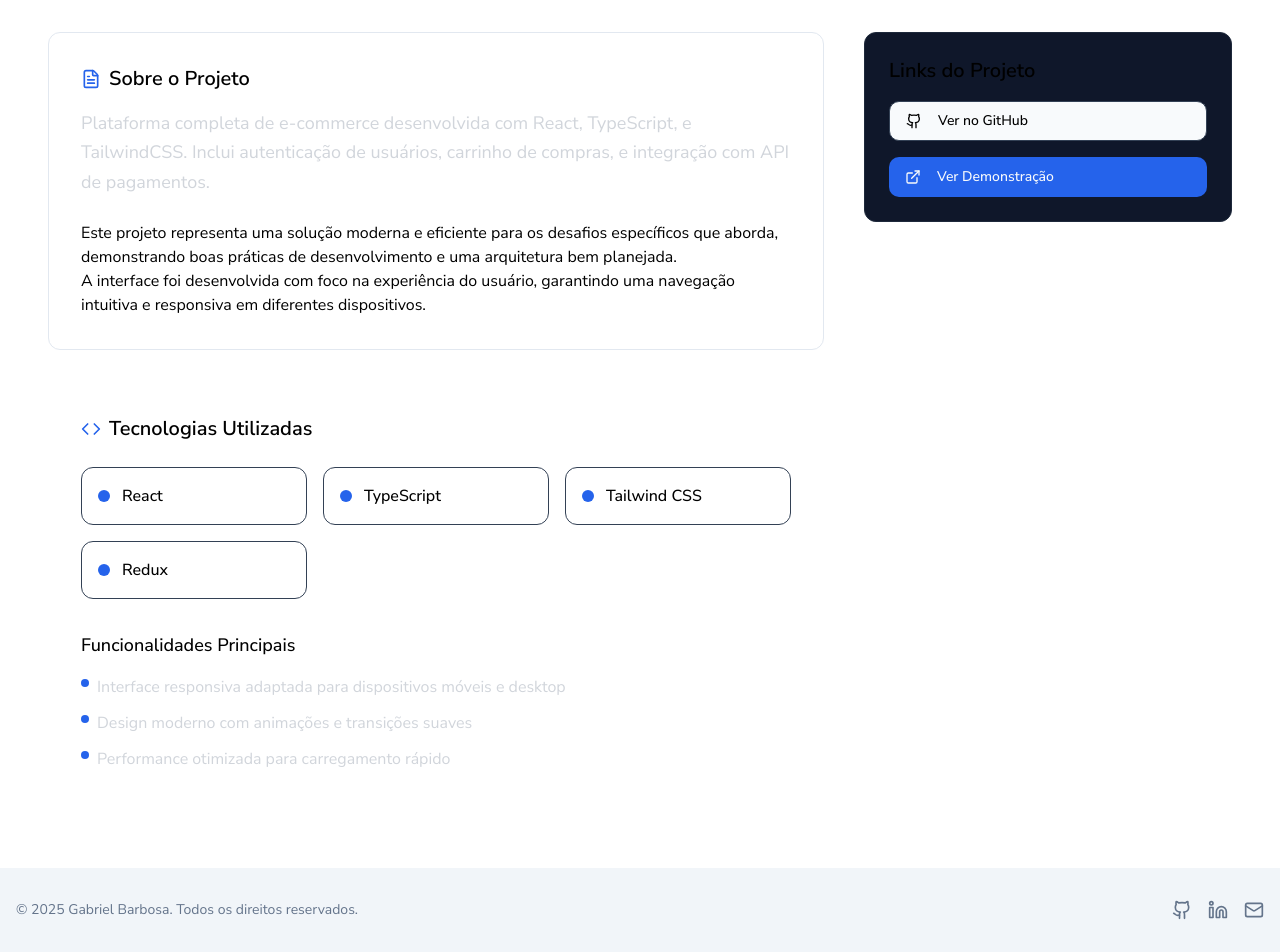
Repository: Biel-barbosa/portfolio-gabriel
Page: /projetos/1
These files come from the project's save history. The page is drawn as it stood at one moment and after the next save; the edit follows.
The browser window is 1280 px wide. The pictures show the part of the page from y = 688 to 1640 px (the page is 1640 px tall).
The page's requests for data from a server got no answer. The project was rebuilt for these pictures with package versions that can differ from the ones it lists, and the page was loaded fresh each time. No one was signed in, and anything a server would have sent is missing. Also part of the build but not shown: vite.config.ts, src/components/ui/tooltip.tsx, src/components/ui/card.tsx, src/components/ui/badge.tsx, src/components/ProjectCard.tsx, src/pages/Index.tsx, src/pages/Projects.tsx, src/pages/Contact.tsx and 1 more.

Above is the page before, as saved 2025-05-20 16:59:16.

### index.html

<!DOCTYPE html>
<html lang="pt-BR">
  <head>
    <meta charset="UTF-8" />
    <meta name="viewport" content="width=device-width, initial-scale=1.0" />
    <title>Gabriel Barbosa | Desenvolvedor Front-end</title>
    <meta name="description" content="Portfólio de Gabriel Barbosa - Desenvolvedor Front-end Júnior" />
    <meta name="author" content="Gabriel Barbosa" />

    <meta property="og:title" content="Gabriel Barbosa | Desenvolvedor Front-end" />
    <meta property="og:description" content="Portfólio de Gabriel Barbosa - Desenvolvedor Front-end Júnior" />
    <meta property="og:type" content="website" />
    <link rel="icon" type="image/svg+xml" href="/favicon.svg" />
  </head>

  <body>
    <div id="root"></div>
    <!-- IMPORTANT: DO NOT REMOVE THIS SCRIPT TAG OR THIS VERY COMMENT! -->
    <script src="https://cdn.gpteng.co/gptengineer.js" type="module"></script>
    <script type="module" src="/src/main.tsx"></script>
  </body>
</html>

### src/App.tsx

import { Toaster } from "@/components/ui/toaster";
import { Toaster as Sonner } from "@/components/ui/sonner";
import { TooltipProvider } from "@/components/ui/tooltip";
import { QueryClient, QueryClientProvider } from "@tanstack/react-query";
import { BrowserRouter, Routes, Route } from "react-router-dom";
import Index from "./pages/Index";
import Projects from "./pages/Projects";
import ProjectDetail from "./pages/ProjectDetail";
import Contact from "./pages/Contact";
import NotFound from "./pages/NotFound";

const queryClient = new QueryClient();

const App = () => (
  <QueryClientProvider client={queryClient}>
    <TooltipProvider>
      <Toaster />
      <Sonner />
      <BrowserRouter>
        <Routes>
          <Route path="/" element={<Index />} />
          <Route path="/projetos" element={<Projects />} />
          <Route path="/projetos/:id" element={<ProjectDetail />} />
          <Route path="/contato" element={<Contact />} />
          <Route path="*" element={<NotFound />} />
        </Routes>
      </BrowserRouter>
    </TooltipProvider>
  </QueryClientProvider>
);

export default App;

### src/index.css

@import url('https://fonts.googleapis.com/css2?family=Nunito+Sans:opsz,wght@6..12,300;6..12,400;6..12,500;6..12,600;6..12,700&display=swap');

@tailwind base;
@tailwind components;
@tailwind utilities;

@layer base {
  :root {
    --background: 210 40% 98%;
    --foreground: 222.2 84% 4.9%;

    --card: 0 0% 100%;
    --card-foreground: 222.2 84% 4.9%;

    --popover: 0 0% 100%;
    --popover-foreground: 222.2 84% 4.9%;

    --primary: 221.2 83% 53.3%;
    --primary-foreground: 210 40% 98%;

    --secondary: 210 40% 96.1%;
    --secondary-foreground: 222.2 47.4% 11.2%;

    --muted: 210 40% 96.1%;
    --muted-foreground: 215.4 16.3% 46.9%;

    --accent: 221.2 83% 53.3%;
    --accent-foreground: 222.2 47.4% 11.2%;

    --destructive: 0 84.2% 60.2%;
    --destructive-foreground: 210 40% 98%;

    --border: 214.3 31.8% 91.4%;
    --input: 214.3 31.8% 91.4%;
    --ring: 221.2 83% 53.3%;

    --radius: 0.75rem;
  }

  * {
    @apply border-border;
  }

  body {
    @apply bg-background text-foreground;
    font-feature-settings: "rlig" 1, "calt" 1;
    font-family: 'Nunito Sans', sans-serif;
  }

  .tech-tag {
    @apply bg-secondary text-secondary-foreground rounded-full px-3 py-1 text-sm font-medium transition-colors;
  }

  .card-hover {
    @apply transition-all hover:shadow-lg hover:-translate-y-1;
  }

  .button-primary {
    @apply bg-primary text-primary-foreground hover:bg-primary/90 rounded-full px-6 py-2 font-medium transition-colors;
  }

  .button-secondary {
    @apply bg-secondary text-secondary-foreground hover:bg-secondary/80 rounded-full px-6 py-2 font-medium transition-colors border border-secondary;
  }
}

### src/components/ui/toaster.tsx

"use client"

import {
  Toast,
  ToastClose,
  ToastDescription,
  ToastProvider,
  ToastTitle,
  ToastViewport,
} from "@/components/ui/toast"
import { useToast } from "@/components/ui/use-toast"

export function Toaster() {
  const { toasts } = useToast()

  return (
    <ToastProvider>
      {toasts.map(function ({ id, title, description, action, ...props }) {
        return (
          <Toast key={id} {...props}>
            <div className="grid gap-1">
              {title && <ToastTitle>{title}</ToastTitle>}
              {description && (
                <ToastDescription>{description}</ToastDescription>
              )}
            </div>
            {action}
            <ToastClose />
          </Toast>
        )
      })}
      <ToastViewport />
    </ToastProvider>
  )
}

### src/components/ui/sonner.tsx
import { useTheme } from "next-themes"
import { Toaster as Sonner, toast } from "sonner"

type ToasterProps = React.ComponentProps<typeof Sonner>

const Toaster = ({ ...props }: ToasterProps) => {
  const { theme = "system" } = useTheme()

  return (
    <Sonner
      theme={theme as ToasterProps["theme"]}
      className="toaster group"
      toastOptions={{
        classNames: {
          toast:
            "group toast group-[.toaster]:bg-background group-[.toaster]:text-foreground group-[.toaster]:border-border group-[.toaster]:shadow-lg",
          description: "group-[.toast]:text-muted-foreground",
          actionButton:
            "group-[.toast]:bg-primary group-[.toast]:text-primary-foreground",
          cancelButton:
            "group-[.toast]:bg-muted group-[.toast]:text-muted-foreground",
        },
      }}
      {...props}
    />
  )
}

export { Toaster, toast }

### src/pages/ProjectDetail.tsx

import React, { useEffect, useState } from 'react';
import { useParams, Link } from 'react-router-dom';
import { ArrowLeft, Calendar, Github, Globe, Code, FileText, ExternalLink, Image, Folder } from 'lucide-react';
import { getProjectById } from '../services/projectService';
import { Project } from '../types';
import { Button } from '@/components/ui/button';
import Header from '../components/Header';
import Footer from '../components/Footer';

const ProjectDetail = () => {
  const { id } = useParams<{ id: string }>();
  const [project, setProject] = useState<Project | null>(null);
  const [isLoading, setIsLoading] = useState(true);
  const [error, setError] = useState<string | null>(null);

  useEffect(() => {
    const loadProject = async () => {
      if (!id) return;

      try {
        setIsLoading(true);
        const data = await getProjectById(id);

        if (!data) {
          setError('Projeto não encontrado.');
          return;
        }

        setProject(data);
      } catch (err) {
        setError('Falha ao carregar detalhes do projeto.');
        console.error('Erro ao carregar detalhes do projeto:', err);
      } finally {
        setIsLoading(false);
      }
    };

    loadProject();
  }, [id]);

  const formatDate = (dateString?: string) => {
    if (!dateString) return 'Data não disponível';

    return new Date(dateString).toLocaleDateString('pt-BR', {
      year: 'numeric',
      month: 'long',
      day: 'numeric'
    });
  };

  return (
    <div className="min-h-screen flex flex-col bg-white text-black">
      <Header />

      <main className="flex-grow pt-24 pb-16 px-4">
        <div className="container mx-auto">
          <Link
            to="/projetos"
            className="inline-flex items-center text-sm text-black hover:text-primary transition-colors mb-8"
          >
            <ArrowLeft className="mr-2 h-4 w-4" />
            Voltar para Projetos
          </Link>

          {isLoading && (
            <div className="flex justify-center items-center py-20">
              <div className="animate-spin rounded-full h-12 w-12 border-b-2 border-primary"></div>
            </div>
          )}

          {error && (
            <div className="text-center py-20">
              <p className="text-destructive">{error}</p>
              <Link
                to="/projetos"
                className="mt-4 inline-block text-primary hover:underline"
              >
                Voltar para lista de projetos
              </Link>
            </div>
          )}

          {!isLoading && project && (
            <div className="animate-fade-in">
              <div className="mb-8">
                <div className="flex items-center gap-2 text-xs text-gray-400 mb-2">
                  <Folder className="h-4 w-4" />
                  <span>Projetos</span>
                  <span>/</span>
                  <span className="text-primary">{project.name}</span>
                </div>

                <h1 className="text-3xl md:text-4xl font-bold mb-4">{project.name}</h1>

                <div className="flex flex-wrap items-center gap-4 text-sm text-gray-400 mb-6">
                  {project.deployedAt && (
                    <div className="flex items-center">
                      <Calendar className="mr-1 h-4 w-4" />
                      <span>Atualizado em {formatDate(project.deployedAt)}</span>
                    </div>
                  )}

                  <div className="flex items-center gap-3">
                    {project.githubUrl && (
                      <div className="flex items-center">
                        <Github className="mr-1 h-4 w-4" />
                        <span>GitHub</span>
                      </div>
                    )}

                    {project.deployUrl && (
                      <div className="flex items-center">
                        <Globe className="mr-1 h-4 w-4 text-blue-400" />
                        <span>Vercel</span>
                      </div>
                    )}
                  </div>
                </div>
              </div>

              <div className="rounded-lg overflow-hidden mb-10 h-[400px] bg-slate-800 border border-slate-700">
                {project.imageUrl ? (
                  <img
                    src={project.imageUrl}
                    alt={project.name}
                    className="w-full h-full object-cover"
                  />
                ) : (
                  <div className="flex items-center justify-center h-full text-slate-500">
                    <Image className="h-16 w-16" />
                  </div>
                )}
              </div>

              <div className="grid md:grid-cols-3 gap-10">
                <div className="md:col-span-2">
                  <div className="bg-white border border-white-800 rounded-lg p-8 mb-8">
                    <h2 className="text-xl font-semibold mb-4 flex items-center">
                      <FileText className="mr-2 h-5 w-5 text-primary" />
                      Sobre o Projeto
                    </h2>
                    <p className="text-lg text-gray-300 leading-relaxed mb-6">
                      {project.description}
                    </p>

                    <div className="prose prose-invert max-w-none">
                      <p>Este projeto representa uma solução moderna e eficiente para os desafios específicos que aborda, demonstrando boas práticas de desenvolvimento e uma arquitetura bem planejada.</p>

                      <p>A interface foi desenvolvida com foco na experiência do usuário, garantindo uma navegação intuitiva e responsiva em diferentes dispositivos.</p>
                    </div>
                  </div>

                  <div className="bg-white border border-white rounded-lg p-8">
                    <h2 className="text-xl font-semibold mb-6 flex items-center">
                      <Code className="mr-2 h-5 w-5 text-primary" />
                      Tecnologias Utilizadas
                    </h2>

                    <div className="grid grid-cols-2 md:grid-cols-3 gap-4 mb-8">
                      {project.technologies && project.technologies.map((tech, index) => (
                        <div key={index} className="bg-white border border-slate-700 rounded-lg p-4 flex items-center gap-3">
                          <span className="h-3 w-3 rounded-full bg-primary"></span>
                          <span className="font-medium">{tech}</span>
                        </div>
                      ))}
                    </div>

                    <div className="mt-8">
                      <h3 className="text-lg font-medium mb-4">Funcionalidades Principais</h3>
                      <ul className="space-y-3 text-gray-300">
                        <li className="flex items-start gap-2">
                          <span className="mt-1 h-2 w-2 rounded-full bg-primary shrink-0"></span>
                          <span>Interface responsiva adaptada para dispositivos móveis e desktop</span>
                        </li>
                        <li className="flex items-start gap-2">
                          <span className="mt-1 h-2 w-2 rounded-full bg-primary shrink-0"></span>
                          <span>Design moderno com animações e transições suaves</span>
                        </li>
                        <li className="flex items-start gap-2">
                          <span className="mt-1 h-2 w-2 rounded-full bg-primary shrink-0"></span>
                          <span>Performance otimizada para carregamento rápido</span>
                        </li>
                        {project.name.toLowerCase().includes('dashboard') && (
                          <>
                            <li className="flex items-start gap-2">
                              <span className="mt-1 h-2 w-2 rounded-full bg-primary shrink-0"></span>
                              <span>Painéis interativos com visualizações de dados em tempo real</span>
                            </li>
                            <li className="flex items-start gap-2">
                              <span className="mt-1 h-2 w-2 rounded-full bg-primary shrink-0"></span>
                              <span>Sistema de autenticação e controle de acesso</span>
                            </li>
                          </>
                        )}
                        {project.name.toLowerCase().includes('ecommerce') && (
                          <>
                            <li className="flex items-start gap-2">
                              <span className="mt-1 h-2 w-2 rounded-full bg-primary shrink-0"></span>
                              <span>Catálogo de produtos com filtragem avançada</span>
                            </li>
                            <li className="flex items-start gap-2">
                              <span className="mt-1 h-2 w-2 rounded-full bg-primary shrink-0"></span>
                              <span>Sistema de carrinho e checkout seguro</span>
                            </li>
                          </>
                        )}
                      </ul>
                    </div>
                  </div>
                </div>

                <div>
                  <div className="bg-slate-900 border border-slate-800 rounded-lg p-6">
                    <h2 className="text-xl font-semibold mb-4">Links do Projeto</h2>

                    <div className="flex flex-col space-y-4">
                      {project.githubUrl && (
                        <Button variant="outline" className="w-full justify-start border-slate-700 hover:bg-slate-800" asChild>
                          <a
                            href={project.githubUrl}
                            target="_blank"
                            rel="noopener noreferrer"
                          >
                            <Github className="mr-2 h-5 w-5" />
                            Ver no GitHub
                          </a>
                        </Button>
                      )}

                      {project.deployUrl && (
                        <Button variant="default" className="w-full justify-start bg-primary hover:bg-primary/80" asChild>
                          <a
                            href={project.deployUrl}
                            target="_blank"
                            rel="noopener noreferrer"
                          >
                            <ExternalLink className="mr-2 h-5 w-5" />
                            Ver Demonstração
                          </a>
                        </Button>
                      )}
                    </div>
                  </div>
                </div>
              </div>
            </div>
          )}
        </div>
      </main>

      <Footer />
    </div>
  );
};

export default ProjectDetail;

### src/components/ui/button.tsx
import * as React from "react"
import { Slot } from "@radix-ui/react-slot"
import { cva, type VariantProps } from "class-variance-authority"

import { cn } from "@/lib/utils"

const buttonVariants = cva(
  "inline-flex items-center justify-center gap-2 whitespace-nowrap rounded-md text-sm font-medium ring-offset-background transition-colors focus-visible:outline-none focus-visible:ring-2 focus-visible:ring-ring focus-visible:ring-offset-2 disabled:pointer-events-none disabled:opacity-50 [&_svg]:pointer-events-none [&_svg]:size-4 [&_svg]:shrink-0",
  {
    variants: {
      variant: {
        default: "bg-primary text-primary-foreground hover:bg-primary/90",
        destructive:
          "bg-destructive text-destructive-foreground hover:bg-destructive/90",
        outline:
          "border border-input bg-background hover:bg-accent hover:text-accent-foreground",
        secondary:
          "bg-secondary text-secondary-foreground hover:bg-secondary/80",
        ghost: "hover:bg-accent hover:text-accent-foreground",
        link: "text-primary underline-offset-4 hover:underline",
      },
      size: {
        default: "h-10 px-4 py-2",
        sm: "h-9 rounded-md px-3",
        lg: "h-11 rounded-md px-8",
        icon: "h-10 w-10",
      },
    },
    defaultVariants: {
      variant: "default",
      size: "default",
    },
  }
)

export interface ButtonProps
  extends React.ButtonHTMLAttributes<HTMLButtonElement>,
    VariantProps<typeof buttonVariants> {
  asChild?: boolean
}

const Button = React.forwardRef<HTMLButtonElement, ButtonProps>(
  ({ className, variant, size, asChild = false, ...props }, ref) => {
    const Comp = asChild ? Slot : "button"
    return (
      <Comp
        className={cn(buttonVariants({ variant, size, className }))}
        ref={ref}
        {...props}
      />
    )
  }
)
Button.displayName = "Button"

export { Button, buttonVariants }

### src/components/Footer.tsx

import React from 'react';
import { Github, Linkedin, Mail } from 'lucide-react';

const Footer = () => {
  return (
    <footer className="bg-secondary py-8">
      <div className="container mx-auto px-4">
        <div className="flex flex-col md:flex-row justify-between items-center">
          <div className="mb-4 md:mb-0">
            <p className="text-sm text-muted-foreground">
              © {new Date().getFullYear()} Gabriel Barbosa. Todos os direitos reservados.
            </p>
          </div>

          <div className="flex space-x-4">
            <a
              href="https://github.com/Biel-barbosa"
              target="_blank"
              rel="noopener noreferrer"
              className="text-muted-foreground hover:text-primary transition-colors"
              aria-label="GitHub"
            >
              <Github className="h-5 w-5" />
            </a>
            <a
              href="https://www.linkedin.com/in/gabriel-a-barbosa/"
              target="_blank"
              rel="noopener noreferrer"
              className="text-muted-foreground hover:text-primary transition-colors"
              aria-label="LinkedIn"
            >
              <Linkedin className="h-5 w-5" />
            </a>
            <a
              href="mailto:gabriellbarbosaads@gmail.com"
              className="text-muted-foreground hover:text-primary transition-colors"
              aria-label="Email"
            >
              <Mail className="h-5 w-5" />
            </a>
          </div>
        </div>
      </div>
    </footer>
  );
};

export default Footer;

### src/api/vercel-projects.ts

// Handler para buscar projetos da Vercel

export async function fetchVercelProjects() {
  try {
    const VERCEL_TOKEN = 'jzprp7RQAOHCJR7IR6Gez3uf'; // Normalmente seria process.env.VERCEL_TOKEN

    const response = await fetch('https://api.vercel.com/v6/projects', {
      headers: {
        'Authorization': `Bearer ${VERCEL_TOKEN}`,
        'Content-Type': 'application/json',
      }
    });

    if (!response.ok) {
      throw new Error(`Erro ao buscar projetos da Vercel: ${response.status}`);
    }

    const data = await response.json();
    return data.projects || [];
  } catch (error) {
    console.error('Erro na API:', error);
    throw new Error('Failed to fetch Vercel projects');
  }
}

Loaded but not shown: src/main.tsx (common file); src/lib/utils.ts (common file); src/services/projectService.ts (174 lines, source omitted); src/components/ui/toast.tsx (128 lines, source omitted); src/components/ui/use-toast.ts (191 lines, source omitted); tailwind.config.ts (106 lines, source omitted); src/components/Header.tsx (77 lines, source omitted)

After the next save:
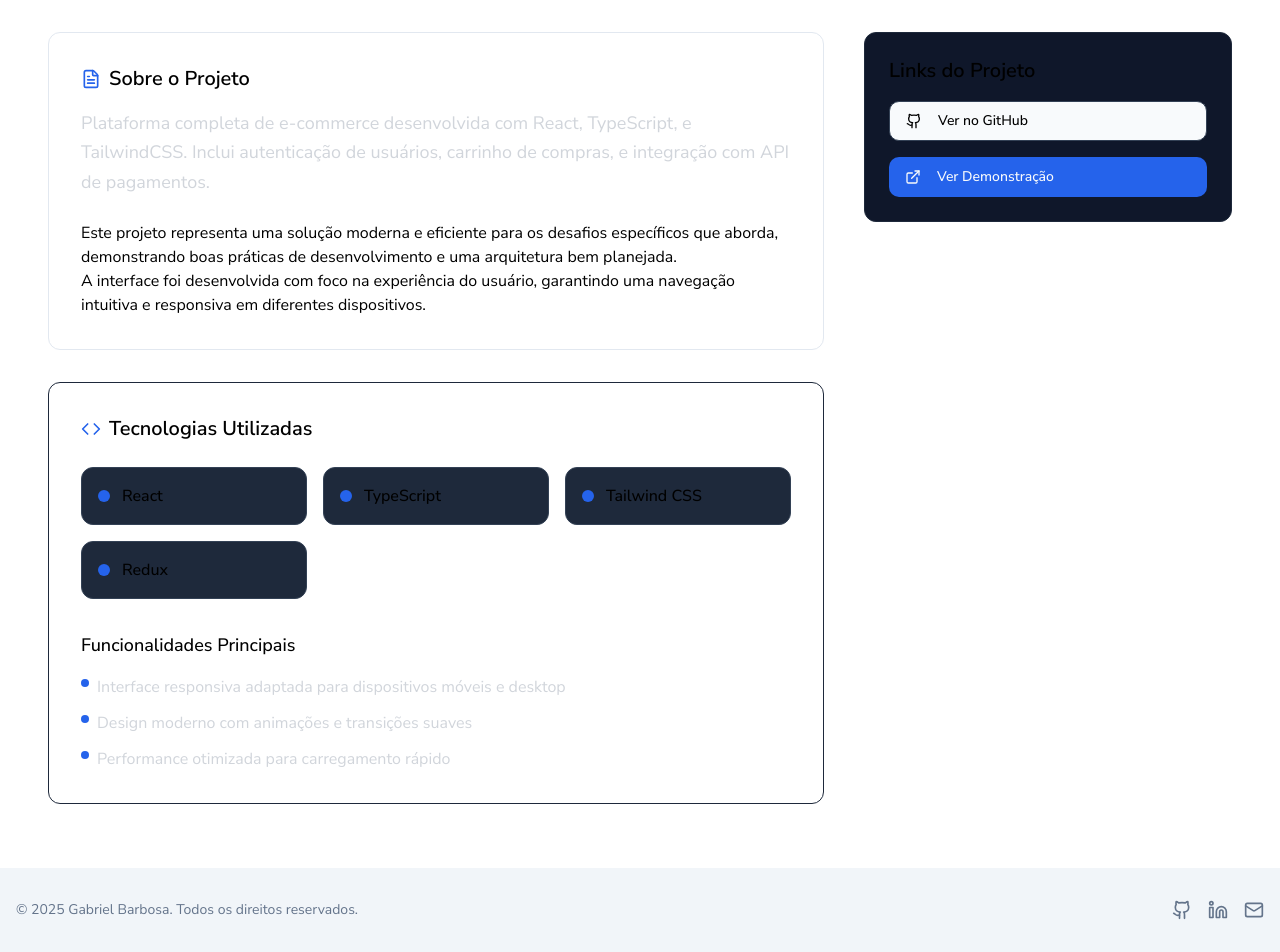
Saved 22 s later.
--- a/src/pages/ProjectDetail.tsx
+++ b/src/pages/ProjectDetail.tsx
@@ -151,7 +151,7 @@ const ProjectDetail = () => {
                     </div>
                   </div>
 
-                  <div className="bg-white border border-white rounded-lg p-8">
+                  <div className="bg-white border border-slate-800 rounded-lg p-8">
                     <h2 className="text-xl font-semibold mb-6 flex items-center">
                       <Code className="mr-2 h-5 w-5 text-primary" />
                       Tecnologias Utilizadas
@@ -159,7 +159,7 @@ const ProjectDetail = () => {
 
                     <div className="grid grid-cols-2 md:grid-cols-3 gap-4 mb-8">
                       {project.technologies && project.technologies.map((tech, index) => (
-                        <div key={index} className="bg-white border border-slate-700 rounded-lg p-4 flex items-center gap-3">
+                        <div key={index} className="bg-slate-800 border border-slate-700 rounded-lg p-4 flex items-center gap-3">
                           <span className="h-3 w-3 rounded-full bg-primary"></span>
                           <span className="font-medium">{tech}</span>
                         </div>
